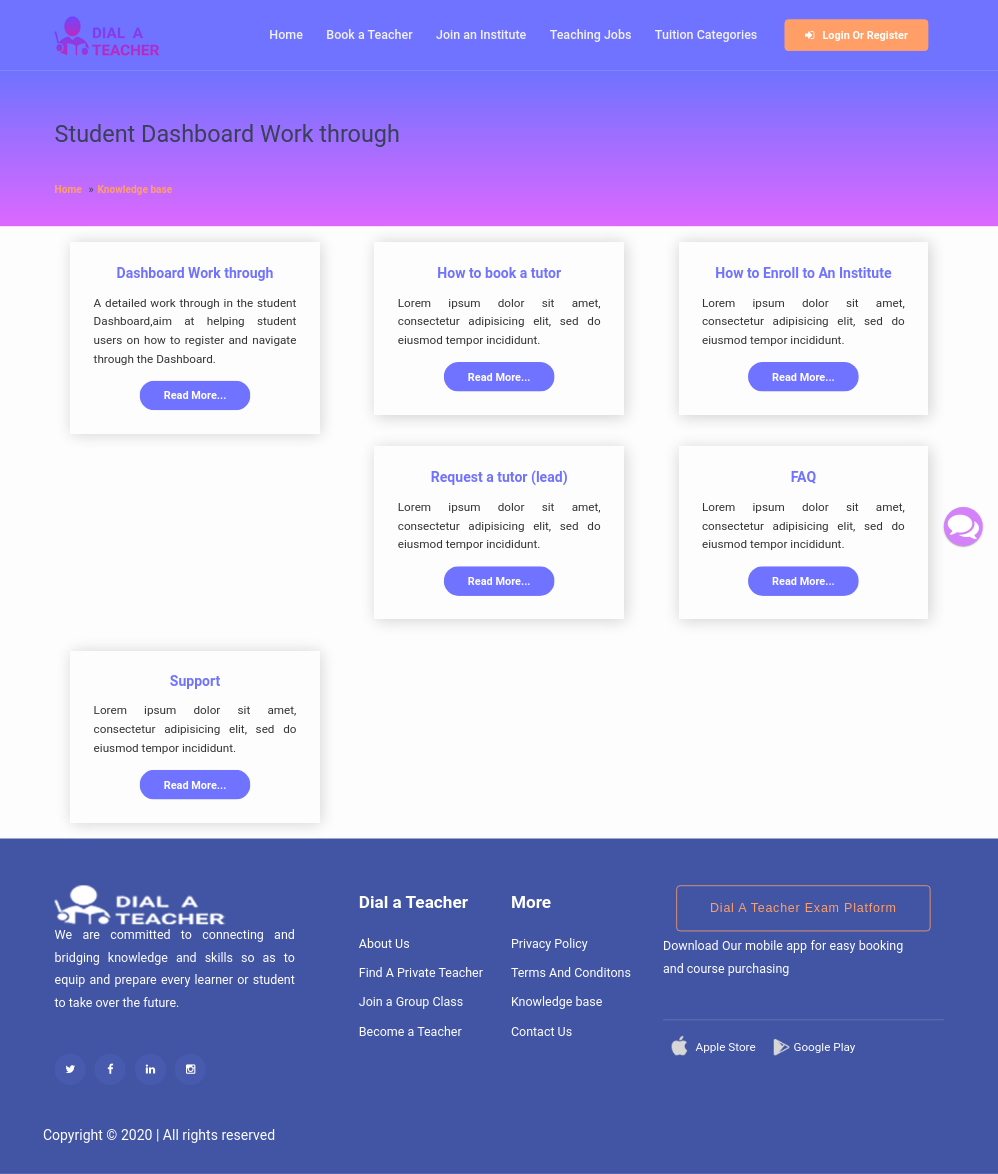
Repository: Samkiroko/DAT_knowledge
Page: stdashboard.html
An editor plug-in stored every save of this project. The page is shown before and after the next save, followed by the edit.
The browser window is 1280 px wide. The pictures show the whole page, at 78% of full size.

Above is the page before, as saved 2020-12-15 12:32:27.
Console error: TypeError: e.indexOf is not a function

After the next save:
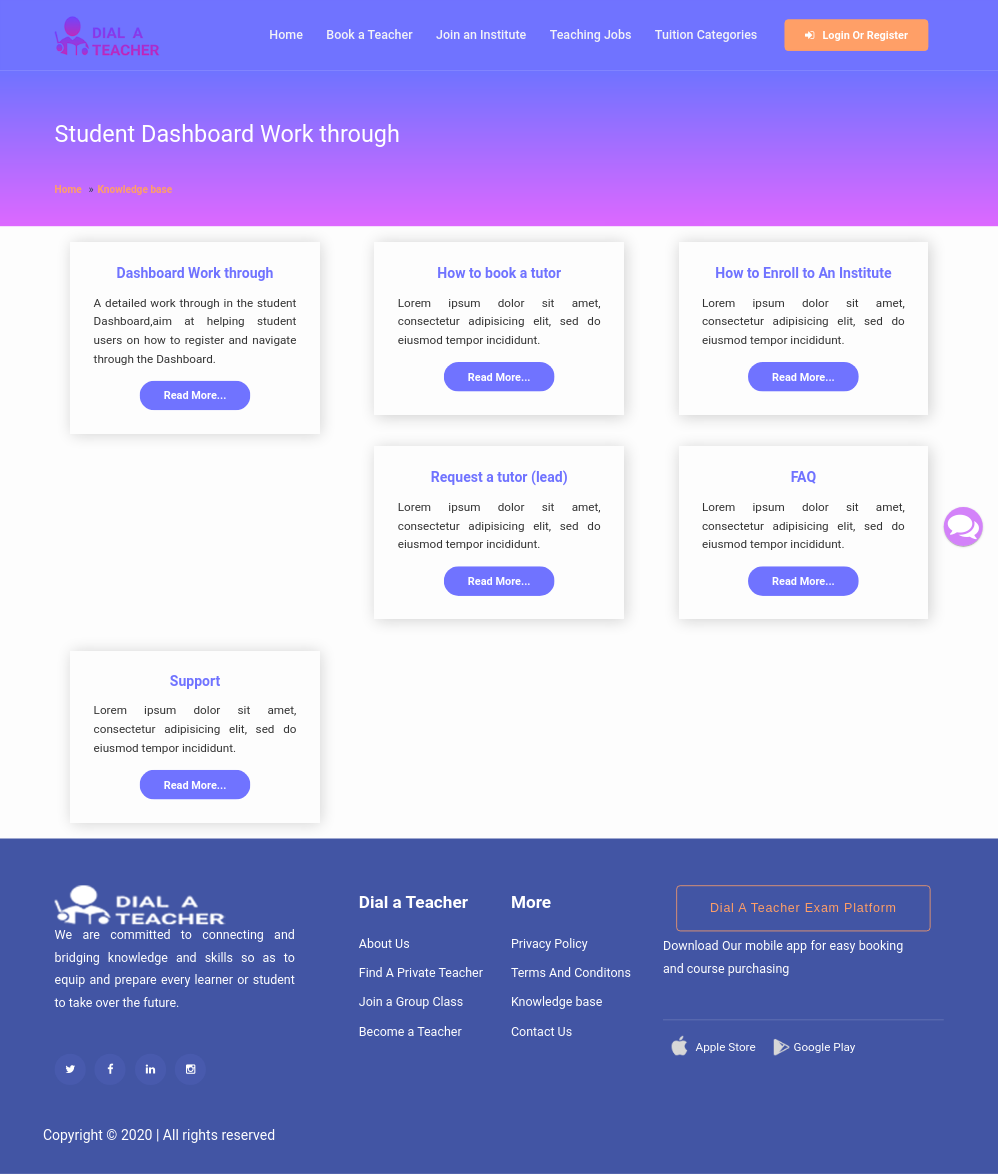
Saved 29 s later.
--- a/stdashboard.html
+++ b/stdashboard.html
@@ -96,7 +96,7 @@
             <div class="row">
               <div class="col-xl-8 col-lg-11 col-md-12">
                 <div class="hero__caption hero__caption2">
-                  <h2 data-animation="bounceIn" data-delay="0.2s">
+                  <h2 data-animation="bounceIn" data-delay="0.2s" class="text-white">
                     Student Dashboard Work through
                   </h2>
                   <!-- breadcrumb Start-->
